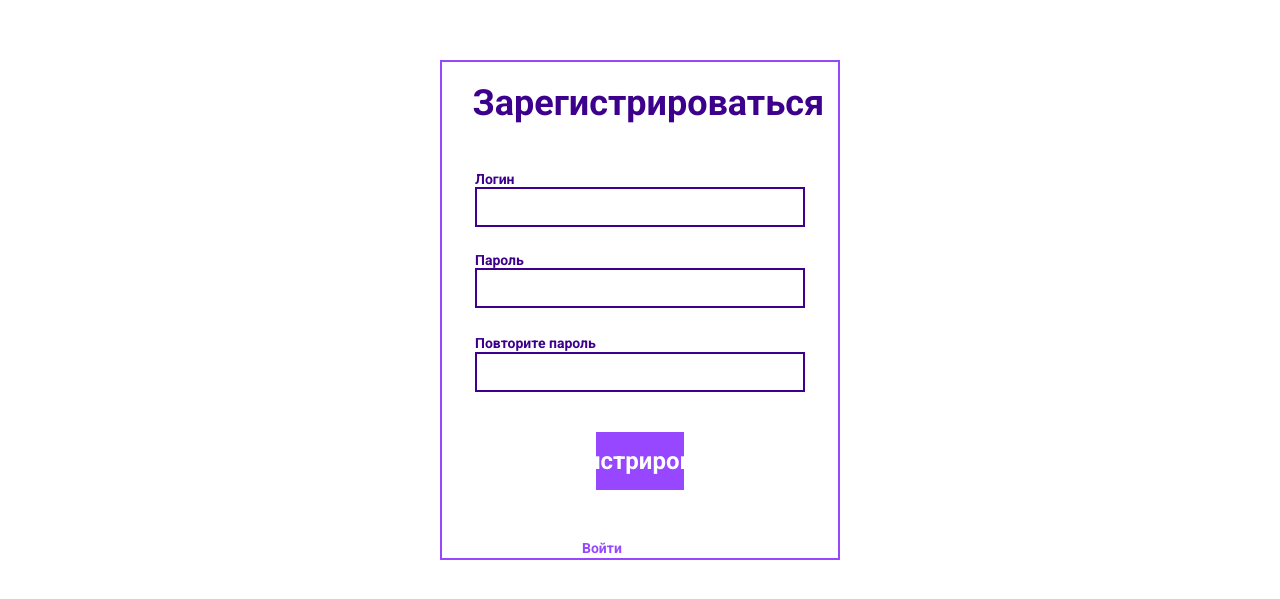
Repository: TimurZinatulin/Web_Shishki_1
Page: /edit
An editor plug-in stored every save of this project. The page is shown before and after the next save, followed by the edit.
The browser window is 1280 px wide. The pictures show the whole page.
The project was rebuilt for these pictures with package versions that can differ from the ones it lists, and the page was loaded fresh each time. Also part of the build but not shown: vite.config.js, vue.config.js, src/views/LoginView.vue, src/components/HelloWorld.vue, src/views/MainView.vue, src/views/HomeView.vue, src/views/EditView.vue, src/views/FavoriteView.vue and 3 more.

Above is the page before, as saved 2023-06-10 23:08:07.
Console error: TypeError: Cannot read properties of null (reading 'user')

### src/main.js
import { createApp } from 'vue'
//import './style.css'
import App from './App.vue'
import router from './router'
import store from './store.js'

createApp(App).use(store).use(router).mount('#app')

### src/App.vue
<template>
  <!-- Проверка доступности пользователя в хранилище; при недоступности - показываем компонент авторизации-->
  <Auth v-if="!store.state.user" />
  <!-- Если пользователь доступен, показываем компонент Hello World -->
  <EmptyLayout v-else msg="Hello Vue 3 + Vite" />
</template>

<script>
import Auth from './components/Auth.vue';
import HelloWorld from './components/HelloWorld.vue';
import HeaderComp from './components/HeaderComp.vue';
import EmptyLayout from './layouts/EmptyLayout.vue';
import MainLayout from './layouts/MainLayout.vue';
import ExtraLayout from './layouts/ExtraLayout.vue';
import RegisterView from './views/RegisterView.vue';

import store from "./store.js";
import { supabase } from "./supabase";

export default {
  computed: {
    layout() {
      return this.$route.meta.layout + '-layout';
    }
  },
  components: {
    HelloWorld, Auth, HeaderComp, EmptyLayout, MainLayout, ExtraLayout, RegisterView
  },
  setup() {
    // сначала проверяем, вошел ли пользователь в систему с помощью Supabase
    store.state.user = supabase.auth.user;
    // затем настраиваем слушатель для обновления хранилища, если меняется пользователь - выходит из системы или входит
    supabase.auth.onAuthStateChange((event, session) => {
      if (event == "SIGNED_OUT") {
        store.state.user = null;
      } else {
        store.state.user = session.user;
      }
    });

    return {
      store,
    };
  },
};
</script>

<style>
/* @import '@/templates/main_page.css'; */
</style>

### src/router/index.js
import { createRouter, createWebHistory } from 'vue-router'
import HomeView from '../views/HomeView.vue'
import MainView from '../views/MainView.vue'
import EditView from '../views/EditView.vue'
import FavoriteView from '../views/FavoriteView.vue'
import MyProjectsView from '../views/MyProjectsView.vue'
import LoginView from '../views/LoginView.vue'
import RegisterView from '../views/RegisterView.vue'
import CreateProjectView from '../views/CreateProjectView.vue'
import ProjectView from '../views/ProjectView.vue'


const routes = [
  {
    path: '/',
    name: 'home',
    component: HomeView
  },
  {
    path: '/main',
    name: 'main',
    meta: {layout: 'main'},
    component: MainView
  },
  {
    path: '/edit',
    name: 'edit',
    meta: {layout: 'extra'},
    component: EditView
  },
  {
    path: '/favs',
    name: 'favs',
    meta: {layout: 'extra'},
    component: FavoriteView
  },
  {
    path: '/my_projects',
    name: 'my',
    meta: {layout: 'extra'},
    component: MyProjectsView
  },
  {
    path: '/login',
    name: 'login',
    meta: {layout: 'empty'},
    component: LoginView
  },
  {
    path: '/register',
    name: 'register',
    meta: {layout: 'empty'},
    component: RegisterView
  },
  {
    path: '/create_project',
    name: 'create_project',
    meta: {layout: 'extra'},
    component: CreateProjectView
  },
  {
    path: '/project',
    name: 'project',
    meta: {layout: 'extra'},
    component: ProjectView
  },
  {
    path: '/profile',
    name: 'profile',
    meta: {layout: 'extra'},
    component: () => import('../views/ProfileView.vue')
  }
]

const router = createRouter({
  history: createWebHistory(import.meta.env.BASE_URL),
  routes
})

export default router

### src/store.js
import { reactive } from "vue";

const store = {
    state: reactive({
        user: {},
    }),
};

export default store

### src/components/Auth.vue
<template>
    <div>
        <register-view v-if="isSignUp" />
        <login-view v-else />
        <button id="reg_btn" @click="isSignUp = !isSignUp">
            {{
                isSignUp
                ? "Войти"
                : "Зарегистрироваться"
            }}
        </button>
    </div>
</template>

<script>
import { ref } from "vue";
import RegisterView from "../views/RegisterView.vue";
import LoginView from "../views/LoginView.vue";

export default {
    components: { RegisterView, LoginView },
    setup() {
        const isSignUp = ref(true);
        return {
            isSignUp,
        };
    },
};
</script>

<style scoped>
</style>

### src/components/HeaderComp.vue
<template>
    <div id="header" class="wrapper">
        <div id="head-cont">
            <li><router-link to="/main" style="position: relative; left: -280px;" href="http://localhost:5173/main"><img id="logo" src="../assets/ShishkiD.png" style="width: 70px; height: 70px;"></router-link></li>
            <input class="input" type="text" placeholder="Найти...">
            <ul style="left: 400px;">
                <li><router-link to="/favs" class="btn2">Избранное</router-link></li>
                <li><router-link to="/my_projects" class="btn2">Мои проекты</router-link></li>
                <li><router-link to="/edit" class="btn2">Редактировать профиль</router-link></li>
                <li><router-link to="/create_project" class="btn2">Новый проект</router-link></li>
                <li><button @click="signOut" class="btn2">Выйти</button></li>
            </ul>
        </div>
    </div>
</template>

<script setup>
import { ref } from "vue";
import { supabase } from "../supabase";

defineProps({
  msg: String,
});

async function signOut() {
  const { error } = await supabase.auth.signOut();
}
</script>

<style>
@import url('https://fonts.googleapis.com/css2?family=Roboto:wght@700&display=swap');
</style>

### src/layouts/EmptyLayout.vue
<template>
    <!-- <div id="header" class="wrapper">
        <div id="head-cont">
            <a style="position: relative; left: -280px;" href="http://localhost:8080/main"><img id="logo" src="../assets/ShishkiD.png" style="width: 70px; height: 70px;"></a>
            <input class="input" type="text" placeholder="Найти...">
            <ul>
                <li><router-link to="/favs" class="btn2">Избранное</router-link></li>
                <li><router-link to="/create_project" class="btn2">Новый проект</router-link></li>
                <li><router-link to="/login" class="link">Войти</router-link></li>
            </ul>
        </div>
    </div> -->
    <HeaderComp />
    <RouterView />
</template>

<script>
import HeaderComp from '@/components/HeaderComp.vue'

export default {
    components: {
        HeaderComp
    }
}
</script>

<style>
@import '@/templates/login.css';
@import '@/templates/main_page.css';
@import '@/templates/reg.css';
</style>

### src/layouts/MainLayout.vue
<template>
    <div id="app1">
        <HeaderComp />
        <div id="article">
            <h1 id="h1">Digital<br>
            portfolio</h1><br>
            <p>Уникальный сервис для<br>размещения своих проектов и<br>наработок</p><br>
            <a href="http://localhost:8080/create_project" class="btn">Создать проект</a>
            <button @click="signOut">Sign Out</button>
            <img id="logo2" src="../assets/chelik.png">
            <h2 id="h2">Популярные проекты</h2>
        </div>
        <div id="projects" style="left: -10px;">
        </div>
    </div>
</template>

<script>
import HeaderComp from '@/components/HeaderComp.vue'
import MainView from '@/views/MainView.vue'


export default {
    components: {
        HeaderComp, MainView
    }
}
</script>

<style>
@import '@/templates/login.css';
@import '@/templates/main_page.css';
@import '@/templates/reg.css';
</style>

### src/layouts/ExtraLayout.vue
<template>
    <HeaderComp />
</template>

<script>
import HeaderComp from '@/components/HeaderComp.vue'

export default {
    components: {
        HeaderComp,
    }
}
</script>

<style>
@import '@/templates/login.css';
@import '@/templates/main_page.css';
@import '@/templates/reg.css';
</style>

### src/views/RegisterView.vue
<template>
    <div id="log_card">
        <h1 id="log_name" style="position: relative; top: -30px; left: -10px;">Зарегистрироваться</h1>
        <form @submit.prevent="handleSignup">
            <p class="p">Логин</p>
            <input class="input1" style="top: -75px;" type="email" v-model="email">
            <p class="p">Пароль</p>
            <input class="input1" style="top: -75px;" type="password" v-model="password">
            <p class="p" style="display:inline; position:relative; left: 0px;">Повторите пароль</p>
            <input class="input1" style="top: -70px;" type="password" v-model="password">
            <button type="submit" id="log_btn">Зарегистрироваться</button>
        </form>
    </div>
</template>

<script>
import { ref } from "vue";
import { supabase } from "../supabase";

export default {
    setup() {
        const email = ref("");
        const password = ref("");

        const handleSignup = async () => {
            try {
                // Задействуем предоставленный Supabase метод для обработки регистрации
                const { error } = await supabase.auth.signUp({
                    email: email.value,
                    password: password.value,
                });
                if (error) throw error;
            } catch (error) {
                alert(error.error_description || error.message);
            }
        };

        return {
            email,
            password,
            handleSignup,
        };
    },
};
</script>

### src/templates/login.css
#log_card{
    box-sizing: border-box;
    display: flex;
    flex-direction: column;
    justify-content: space-between;
    align-items: center;
    padding: 50px 10px;
    gap: 50px;
    width: 400px;
    height: 500px;
    border: 2px solid #9747FF;
    flex: none;
    order: 1;
    flex-grow: 0;
    position: relative;
    top: 60px;
}

#log_name{
    width: 315px;
    height: 49px;
    font-family: 'Roboto';
    font-style: normal;
    font-weight: 600;
    font-size: 36px;
    line-height: 42px;
    text-align: center;
    color: #3D008C;
    flex: none;
    order: 0;
    flex-grow: 0;
}

#log_btn{
    display: flex;
    flex-direction: row;
    justify-content: center;
    align-items: center;
    padding: 10px;
    width: 88px;
    height: 58px;
    background: #9747FF;
    flex: none;
    order: 0;
    flex-grow: 0;
    border: none;
    color: white;
    position: relative;
    bottom: 50px;
    border: 2px solid #9747FF;
    animation: ch-color-1 0.5s forwards;
    font-size: 24px;
}

#log_btn:hover{
    animation: ch-color-2 0.5s forwards;
}

@keyframes ch-color-1 {
    from {
      background-color: white;
      color: #9747FF;
    }
    to {
      background-color: #9747FF;
      color: white;
    }
  }

  @keyframes ch-color-2 {
    from {
      background-color: #9747FF;
      color: white;
    }
    to {
      background-color: white;
      color: #9747FF;
    }
  }

#reg_btn{
    width: 136px;
    height: 16px;
    font-family: 'Roboto';
    font-style: normal;
    font-weight: 400;
    font-size: 14px;
    line-height: 16px;
    display: flex;
    align-items: center;
    text-align: center;
    color: #9747FF;
    flex: none;
    order: 0;
    flex-grow: 0;
    position: relative;
    left: 10px;
    top: 40px;
    border: none;
    background-color: white;
    text-align: center;
}

.p{
    width: 40px;
    height: 16px;
    font-family: 'Roboto';
    font-style: normal;
    font-weight: 600;
    font-size: 14px;
    line-height: 16px;
    display: flex;
    align-items: center;
    color: #3D008C;
    flex: none;
    order: 0;
    flex-grow: 0;
    position: relative;
    top: -70px;
    left: -145px;
    margin-bottom: 5px;
}

### src/templates/main_page.css
* {
  margin: 0 auto;
  padding: 0;
  box-sizing: border-box;
  font-size: 16px;
  font-family: 'Roboto', sans-serif;
  user-select: none;
}

#head-cont{
  max-width: 900px;
  width: 100%;
}

#article{
  width: 1500px;
  position: relative;
}

#header{
  width: 100%;
  height: 80px;
  margin: 0 auto;
  background-color: rgba(151, 71, 255, 1);
  margin-bottom: 15px;
  overflow: hidden;
}

.input{
  width: 500px;
  height: 50px;
  padding: 6px 0 4px 10px;
  border: none;
  background: rgba(206, 168, 255, 1);
  bottom: 20px;
  left: -325px;
  position: relative;
  font-size: 25px;
  padding-left: 25px;
  outline: none;
}

.input::-webkit-input-placeholder {
  color: white;
}

.input::-moz-placeholder {
  color: white;
}

.input1{
  box-sizing: border-box;
  display: flex;
  flex-direction: row;
  align-items: center;
  padding: 11px 10px;
  gap: 10px;
  width: 330px;
  height: 40px;
  border: 2px solid #3D008C;
  flex: none;
  order: 1;
  align-self: stretch;
  flex-grow: 0;
  position: relative;
  top: -20px;
  margin-bottom: 20px;
  outline: none;
}

#logo{
  position: relative;
  top: 5px;
}

#logo2{
  position: relative;
  width: 800px;
  height: 670px;
  left: 385px;
  bottom: 340px;
}

ul {
  list-style: none;
  margin: 0;
  padding-left: 0;
  position: relative;
  left: 710px;
  top: -55px;
}

a {
  text-decoration: none;
  color: white;
}

.link1 {
  display: flex;
  flex-direction: row;
  justify-content: center;
  align-items: center;
  padding: 10px;
  background: #9747FF;
  flex: none;
  order: 0;
  flex-grow: 0;
  left: -275px;
  top: 220px;
  font-family: 'Roboto';
  font-style: normal;
  font-weight: 400;
  font-size: 16px;
}

.link1:hover{
  animation: ch-color-2 0.5s forwards;
}

.link {
  background: none;
  border: 2px solid white;
  color: white;
  padding: 15px 25px;
  animation: ch-color-1 0.5s forwards;
}

.link:hover{
  animation: ch-color-2 0.5s forwards;
}

@keyframes ch-color-1 {
  from {
    background-color: white;
    color: rgba(151, 71, 255, 1);
  }
  to {
    background-color: rgba(151, 71, 255, 1);
    color: white;
  }
}

@keyframes ch-color-2 {
  from {
    background-color: rgba(151, 71, 255, 1);
    color: white;
  }
  to {
    background-color: white;
    color: rgba(151, 71, 255, 1);
  }
}

li {
  display: inline;
  margin-right: 60px;
}

#h1 {
  font-size: 90px;
  position: relative;
  top: 100px;
  left: -450px;
  color: rgba(61, 0, 140, 1);
  width: 500px;
}

p{
  position: relative;
  color: rgba(61, 0, 140, 1);
  left: -445px;
  top: 100px;
  font-size: 32px;
  font-family: 'Roboto';
  font-style: normal;
  font-weight: 500;
  line-height: 38px;
  width: 500px;
}

.btn{
  position: relative;
  bottom: 500px;
  left: 55px;
  background: linear-gradient(rgba(255, 104, 86, 1), rgba(151, 71, 255, 1));
  color: white;
  font-size: 32px;
  font-style: normal;
  font-weight: 700;
  border: 3px solid linear-gradient(rgba(255, 104, 86, 1), rgba(151, 71, 255, 1));
  width: 315px;
  height: 90px;
  padding: 26px 37px;
}

#h2{
  position: absolute;
  top: 740px;
  left: 510px;
  color: rgba(61, 0, 140, 1);
  font-size: 48px;
}

#projects{
  justify-content: center;
  align-items: center;
  align-self: center;
  padding: 30px 90px;
  position: absolute;
  width: 1529px;
  height: 100%;
  background: linear-gradient(180deg, #3D008C 0%, #14002F 100%);
  flex: none;
  order: 3;
  flex-grow: 0;
  margin-top: -200px;
}

#content{
  display: flex;
  flex-direction: row;
  justify-content: center;
  align-items: center;
  padding: 30px 90px;
  gap: 90px;
  width: 1420px;
  height: 240px;
  flex: none;
  order: 0;
  flex-grow: 0;
}

.block{
  display: flex;
  flex-direction: column;
  align-items: center;
  padding: 10px;
  gap: 10px;
  position: absolute;
  width: 359px;
  height: 470px;
  background: linear-gradient(148.66deg, #FF6856 0%, #6F00FF 100%);
  border-radius: 30px;
  top: 70px;
}

.pic{
  position: relative;
  top: 20px;
  width: 340px;
  height: 310px;
  border-radius: 20px;
}

h3{
  color: white;
  font-size: 32px;
  position: relative;
  top: 10px;
}

.text{
  color: white;
  position: relative;
  top: 20px;
  text-align: center;
}

.like{
  display: flex;
  flex-direction: row;
  justify-content: center;
  align-items: center;
  padding: 10px 15px;
  gap: 10px;
  position: absolute;
  width: 117px;
  height: 38px;
  left: 20.5px;
  top: 100px;
  background: #FF6856;
  border-radius: 30px;
  color: white;
  overflow-y: hidden;
}

.pic2{
  width: 22px;
  height: 22px;
  transform: matrix(-1, 0, 0, 1, 0, 0);
  flex: none;
  order: 0;
  flex-grow: 0;
}

textarea{
  box-sizing: border-box;
  display: flex;
  width: 330px;
  height: 100px;
  gap: 10px;
  border: 2px solid #3D008C;
  flex: none;
  order: 1;
  flex-grow: 0;
  position: relative;
  top: 100px;
  resize: none;
}

#photo{
  width: 100px;
  height: 100px;
  border: 3px solid #3D008C;
  flex: none;
  order: 0;
  flex-grow: 0;
  border-radius: 100%;
  position: relative;
}

#photo1{
  width: 340px;
  height: 340px;
  border: 3px solid #9747FF;
  border-radius: 30px;
  flex: none;
  order: 0;
  flex-grow: 0;
}

#chphoto{
  display: flex;
  flex-direction: row;
  justify-content: center;
  align-items: center;
  padding: 10px 0px;
  gap: 26px;
  width: 331px;
  height: 120px;
  flex: none;
  order: 1;
  flex-grow: 0;
  position: relative;
  top: -535px;
}

#p{
  font-family: 'Roboto';
  font-style: normal;
  font-weight: 600;
  font-size: 14px;
  line-height: 16px;
  display: flex;
  align-items: center;
  color: #FFFFFF;
  position: relative;
  top: -50px;
  left: 135px;
}

#p1{
  font-family: 'Roboto';
  font-style: normal;
  font-weight: 600;
  font-size: 14px;
  line-height: 16px;
  display: flex;
  align-items: center;
  color: #FFFFFF;
  position: relative;
  top: -100px;
  left: 135px;
}

#p2{
  font-family: 'Roboto';
  font-style: normal;
  font-weight: 600;
  font-size: 16px;
  line-height: 19px;
  text-align: center;
  color: #FFFFFF;
  position: relative;
  top: 200px;
}

.btn2{
  padding: 20px 10px;
}

.btn2:hover{
  animation: ch-color-2 0.5s forwards;
}

### src/templates/reg.css
form{
    position: relative;
    top: 30px;
}

Loaded but not shown: index.html (common file); src/supabase.js (common file)

After the next save:
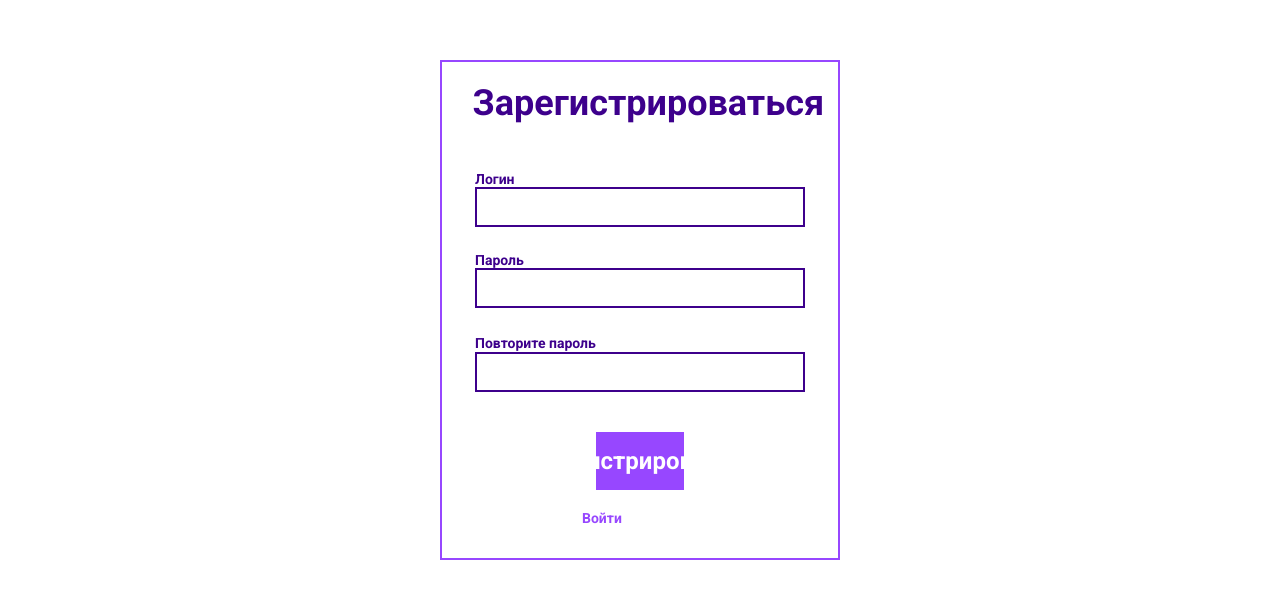
Saved 4 s later.
--- a/src/templates/login.css
+++ b/src/templates/login.css
@@ -95,7 +95,7 @@
     flex-grow: 0;
     position: relative;
     left: 10px;
-    top: 40px;
+    top: 10px;
     border: none;
     background-color: white;
     text-align: center;
